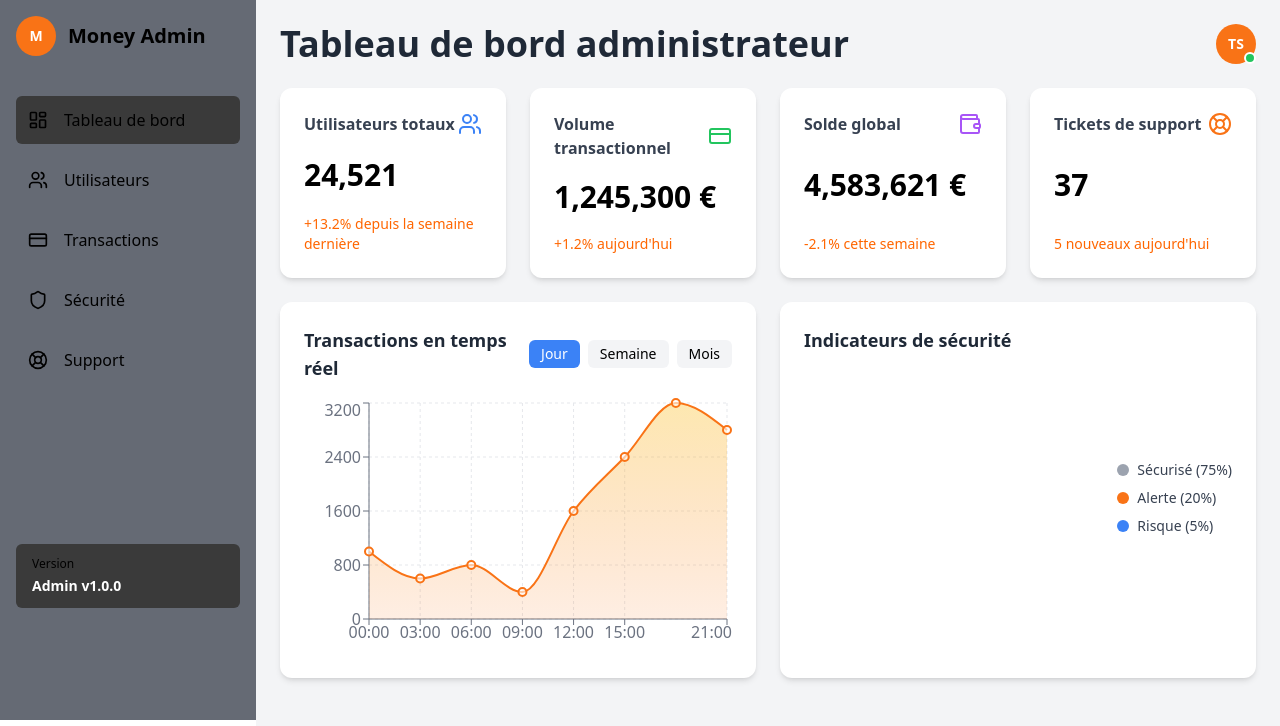
Repository: Edongo999/Dashboard
Page: /
An editor plug-in stored every save of this project. The page is shown before and after the next save, followed by the edit.
The browser window is 1280 px wide. The pictures show the whole page.
The project was rebuilt for these pictures with package versions that can differ from the ones it lists, and the page was loaded fresh each time. Also part of the build but not shown: vite.config.ts.

Above is the page before, as saved 2025-10-13 15:02:41.

After the next save:
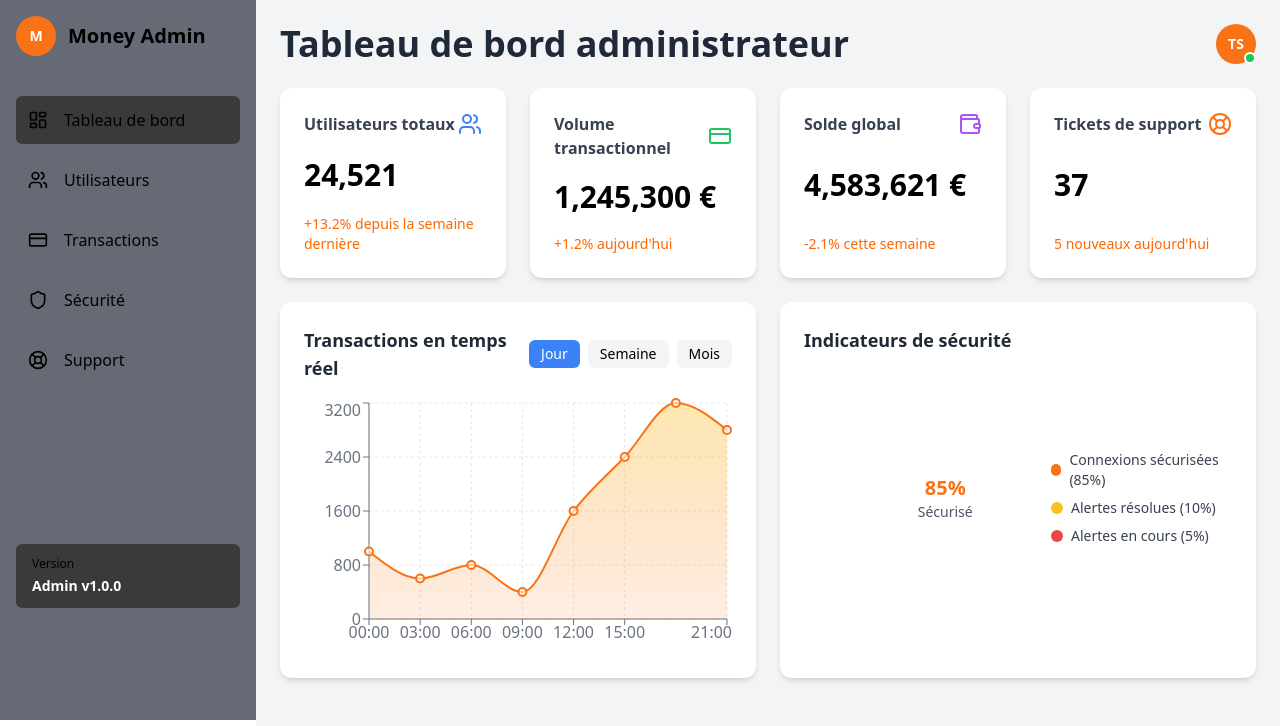
Saved 6 min 15 s later.
--- a/src/components/SecurityIndicators.tsx
+++ b/src/components/SecurityIndicators.tsx
@@ -6,12 +6,12 @@ import {
 } from "recharts"
 
 const rawData = [
-  { name: "Sécurisé", value: 75 },
-  { name: "Alerte", value: 20 },
-  { name: "Risque", value: 5 }
+  { name: "Connexions sécurisées", value: 85 },
+  { name: "Alertes résolues", value: 10 },
+  { name: "Alertes en cours", value: 5 }
 ]
 
-const COLORS = ["#9CA3AF", "#F97316", "#3B82F6"]
+const COLORS = ["#F97316", "#FBBF24", "#EF4444"]
 
 const SecurityIndicators = () => {
   const total = rawData.reduce((sum, item) => sum + item.value, 0)
@@ -24,7 +24,7 @@ const SecurityIndicators = () => {
     <div className="bg-white rounded-[12px] shadow-md p-6">
       <h2 className="text-lg font-semibold text-gray-800 mb-4">Indicateurs de sécurité</h2>
 
-      <div className="flex items-center justify-between h-64">
+      <div className="flex items-center justify-between h-64 relative">
         {/* Donut chart */}
         <div className="w-2/3">
           <ResponsiveContainer width="100%" height="100%">
@@ -42,6 +42,12 @@ const SecurityIndicators = () => {
               </Pie>
             </PieChart>
           </ResponsiveContainer>
+
+          {/* Texte centré */}
+          <div className="absolute top-1/2 left-[33%] transform -translate-x-1/2 -translate-y-1/2 text-center">
+            <p className="text-xl font-bold text-orange-500">85%</p>
+            <p className="text-sm text-gray-600">Sécurisé</p>
+          </div>
         </div>
 
         {/* Légende externe */}
